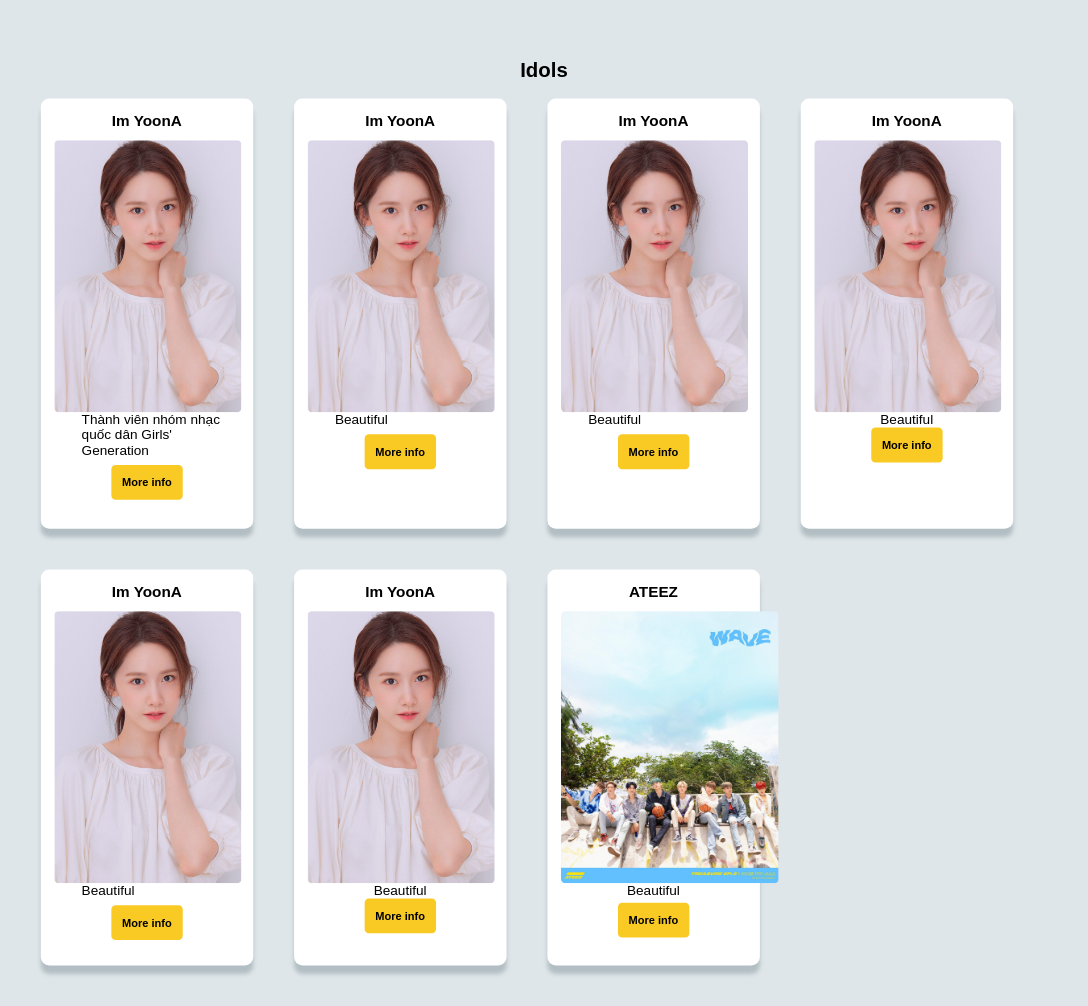
Repository: hangvtt183524/Cong_nghe_Web_va_dich_vu_truc_tuyen_20202
Page: ProjectWeb/src/View/html/idol_list.html
An editor plug-in stored every save of this project. The page is shown before and after the next save, followed by the edit.
The browser window is 1280 px wide. The pictures show the whole page, at 85% of full size.

Above is the page before, as saved 2021-05-04 08:30:54.

After the next save:
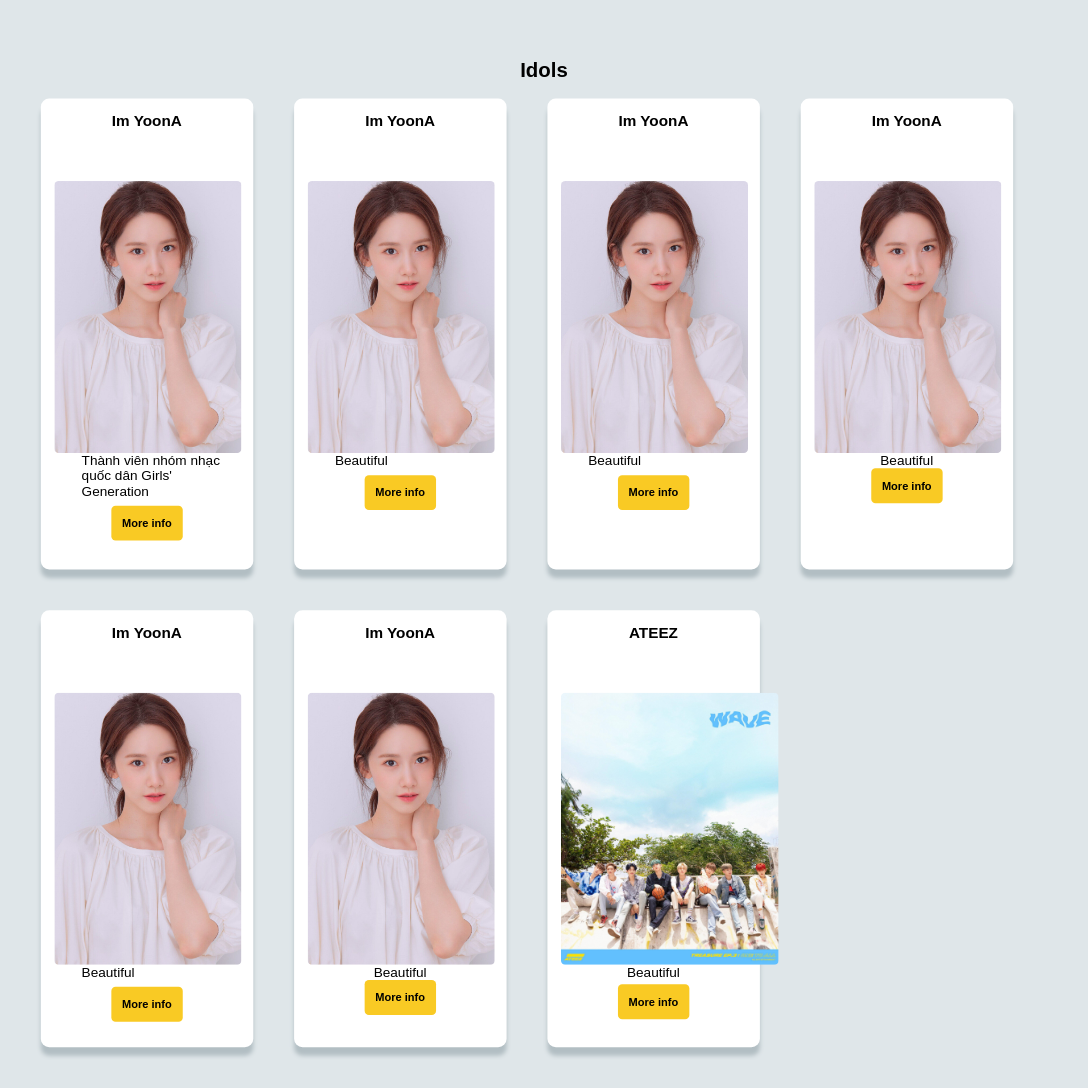
Saved 69 s later.
--- a/ProjectWeb/src/View/css/idol_list.css
+++ b/ProjectWeb/src/View/css/idol_list.css
@@ -29,6 +29,7 @@
 }
 
 .card .image {
+	padding-top: 3em;
 	width: 100%;
     height: 20em;
     position: relative;
